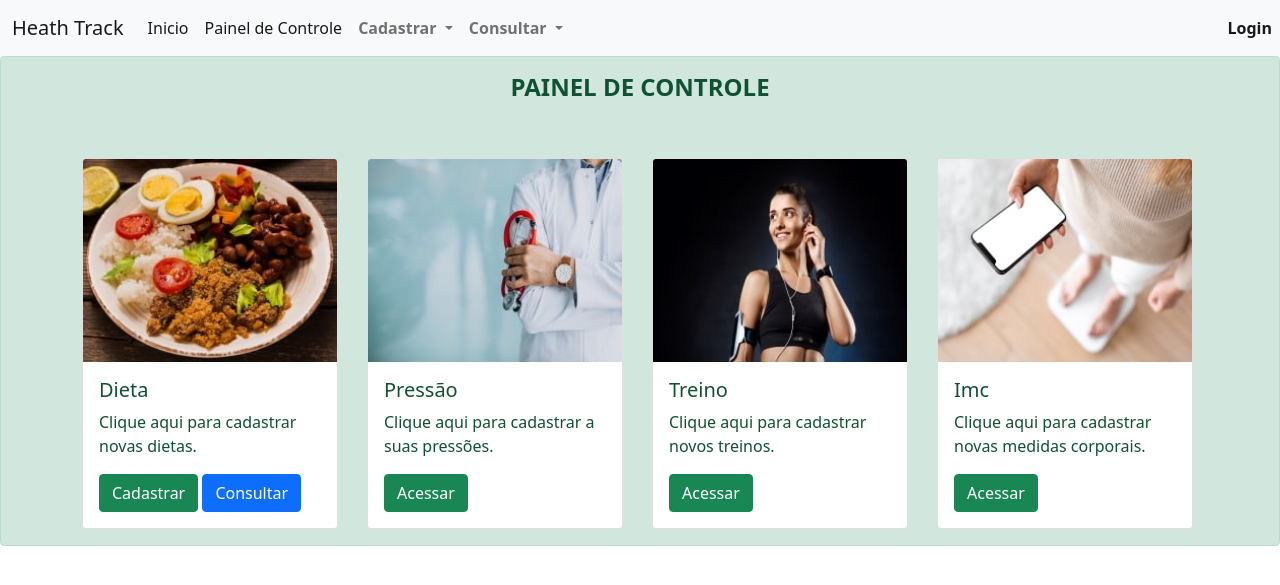
Repository: FellipySantos/HealthTrack_Finalizado
Page: http://localhost/JSPs/painel.jsp
An editor plug-in stored every save of this project. The page is shown before and after the next save, followed by the edit.
The browser window is 1280 px wide. The pictures show the whole page.
The page is served by Tomcat 9. Other server files are loaded and not shown.

Above is the page before, as saved 2021-11-16 03:54:16.

### JSP/JSPs/WebContent/painel.jsp
<%@ page language="java" contentType="text/html; charset=ISO-8859-1"
    pageEncoding="ISO-8859-1"%>
<!DOCTYPE html PUBLIC "-//W3C//DTD HTML 4.01 Transitional//EN" "http://www.w3.org/TR/html4/loose.dtd">
<html>
<head>
<meta http-equiv="Content-Type" content="text/html; charset=ISO-8859-1">
<title>Health Track</title>
<%@ include file="header.jsp" %>
</head>
<body>
<%@ include file="menu.jsp" %>
		      <div class="alert alert-success" role="alert">

 <div class="container"> <h4><b><center>PAINEL DE CONTROLE</center></b></h4> <br><br>
        <div class="row">
          <div class="col-3">

            <div class="card" style="width: 16rem;">
              <img src="resources/img/card_imagem_1.jpg" class="card-img-top" alt="...">
              <div class="card-body">
                <h5 class="card-title">Dieta</h5>
                <p class="card-text">Clique aqui para cadastrar novas dietas.</p>
                <a href="cadastro-dieta.jsp" class="btn btn-success">Cadastrar</a>
                <a href="dieta?acao=listar.jsp" class="btn btn-primary">Consultar</a>
              </div>
            </div>

          </div>

          <div class="col-3">

            <div class="card" style="width: 16rem;">
              <img src="resources/img/card_imagem_2.jpg" class="card-img-top" alt="...">
              <div class="card-body">
                <h5 class="card-title">Pressão</h5>
                <p class="card-text">Clique aqui para cadastrar a suas pressões.</p>
                <a href="cadastro-pressao.jsp" class="btn btn-success">Acessar</a>
              </div>
            </div>

          </div>

          <div class="col-3">

            <div class="card" style="width: 16rem;">
              <img src="resources/img/card_imagem_3.jpg" class="card-img-top" alt="...">
              <div class="card-body">
                <h5 class="card-title">Treino</h5>
                <p class="card-text">Clique aqui para cadastrar novos treinos.</p>
                <a href="cadastro-treino.jsp" class="btn btn-success">Acessar</a>
              </div>
            </div>

          </div>

          <div class="col-3">

            <div class="card" style="width: 16rem;">
              <img src="resources/img/card_imagem_4.jpg" class="card-img-top" alt="...">
              <div class="card-body">
                <h5 class="card-title">Imc</h5>
                <p class="card-text">Clique aqui para cadastrar novas medidas corporais.</p>
                <a href="cadastro-imc.jsp" class="btn btn-success">Acessar</a>
              </div>
            </div>

          </div>

      </div>




<%@ include file="footer.jsp" %>
</body>
</html>

### JSP/JSPs/WebContent/header.jsp
<%@ page language="java" contentType="text/html; charset=ISO-8859-1"
    pageEncoding="ISO-8859-1"%>
<!DOCTYPE html>
<html>
<head>
<meta charset="ISO-8859-1">

<link rel="stylesheet" type="text/css" href="resources/css/bootstrap.css">
<link rel="stylesheet" type="text/css" href="resources/css/bootstrap-grid.css">
<link rel="stylesheet" type="text/css" href="resources/css/bootstrap-reboot.css">

<script type="text/javascript" src="resources/js/jquery-3.6.0.min.js"></script>
<script type="text/javascript" src="resources/js/popper.min.js"></script>
<script type="text/javascript" src="resources/js/bootstrap.min.js"></script>
<script type="text/javascript" src="resources/js/bootstrap.min.js"></script>

<script src="https://stackpath.bootstrapcdn.com/bootstrap/4.3.1/js/bootstrap.min.js" integrity="sha384-JjSmVgyd0p3pXB1rRibZUAYoIIy6OrQ6VrjIEaFf/nJGzIxFDsf4x0xIM+B07jRM" crossorigin="anonymous"></script>


</head>






<body>



</body>



</html>

### JSP/JSPs/WebContent/menu.jsp

   <nav class="navbar navbar-expand-lg navbar-light bg-light">
        <div class="container-fluid">
          <a class="navbar-brand" href="index.jsp">Heath Track</a>
          <button class="navbar-toggler" type="button" data-bs-toggle="collapse" data-bs-target="#navbarSupportedContent" aria-controls="navbarSupportedContent" aria-expanded="false" aria-label="Toggle navigation">
            <span class="navbar-toggler-icon"></span>
          </button>
          <div class="collapse navbar-collapse" id="navbarSupportedContent">
            <ul class="navbar-nav me-auto mb-2 mb-lg-0">
              <li class="nav-item">
                <a class="nav-link active" aria-current="page" href="index.jsp">Inicio</a>
              </li>
              <li class="nav-item">
                <a class="nav-link active" aria-current="page" href="painel.jsp">Painel de Controle</a>
              </li>
              <li class="nav-item dropdown">
                <a class="nav-link dropdown-toggle" href="#" id="navbarDropdown" role="button" data-bs-toggle="dropdown" aria-expanded="false">
                  <b>Cadastrar</b>
                </a>
                <ul class="dropdown-menu" aria-labelledby="navbarDropdown">
                  <li><a class="dropdown-item" href="cadastro-dieta.jsp">Dieta</a></li>
                  <li><a class="dropdown-item" href="cadastro-pressao.jsp">Pressão</a></li>
                  <li><a class="dropdown-item" href="cadastro-treino.jsp">Treino</a></li>
                  <li><a class="dropdown-item" href="cadastro-imc.jsp">Imc</a></li>
                   <li><hr class="dropdown-divider"></li>
                  <li><a class="dropdown-item" href="cadastro-atleta.jsp">Atleta</a></li>
                  <li><a class="dropdown-item" href="cadastro-nutri.jsp">Nutricionista</a></li>
                  <li><a class="dropdown-item" href="cadastro-treinador.jsp">Treinador</a></li>
                </ul>
              </li>

                 <li class="nav-item dropdown">
                <a class="nav-link dropdown-toggle" href="#" id="navbarDropdown" role="button" data-bs-toggle="dropdown" aria-expanded="false">
                  <b>Consultar</b>
                </a>
                <ul class="dropdown-menu" aria-labelledby="navbarDropdown">
                  <li><a class="dropdown-item" href="dieta?acao=listar">Dieta</a></li>
                  <li><a class="dropdown-item" href="pressao?acao=listar">Pressão</a></li>
                  <li><a class="dropdown-item" href="treino?acao=listar">Treino</a></li>
                  <li><a class="dropdown-item" href="imc?acao=listar">Imc</a></li>
                  <li><hr class="dropdown-divider"></li>
                  <li><a class="dropdown-item" href="atleta?acao=listar">Atleta</a></li>
                  <li><a class="dropdown-item" href="nutri?acao=listar">Nutricionista</a></li>
                  <li><a class="dropdown-item" href="treinador?acao=listar">Treinador</a></li>
                </ul>
              </li>


            </ul>

          </div>

        </div>
        <div class="collapse navbar-collapse" id="navbarSupportedContent">
          <ul class="navbar-nav me-auto mb-2 mb-lg-0">
            <li class="nav-item">
              <b><a class="nav-link active" aria-current="page" href="#">Login</a></b>
            </li>
            </ul>
            </div>



      </nav>

### JSP/JSPs/WebContent/footer.jsp
<%@ page language="java" contentType="text/html; charset=ISO-8859-1"
    pageEncoding="ISO-8859-1"%>
<!DOCTYPE html>
<html>
<head>
<meta charset="ISO-8859-1">

<script type="text/javascript" src="resources/js/jquery-3.6.0.min.js"></script>
<script type="text/javascript" src="resources/js/bootstrap.min.js"></script>

</head>





<body>


</body>
</html>

Loaded but not shown: JSP/JSPs/WebContent/resources/css/bootstrap.css (library); JSP/JSPs/WebContent/resources/css/bootstrap-grid.css (library); JSP/JSPs/WebContent/resources/css/bootstrap-reboot.css (library); JSP/JSPs/WebContent/resources/js/jquery-3.6.0.min.js (library); JSP/JSPs/WebContent/resources/js/popper.min.js (library); JSP/JSPs/WebContent/resources/js/bootstrap.min.js (library)

After the next save:
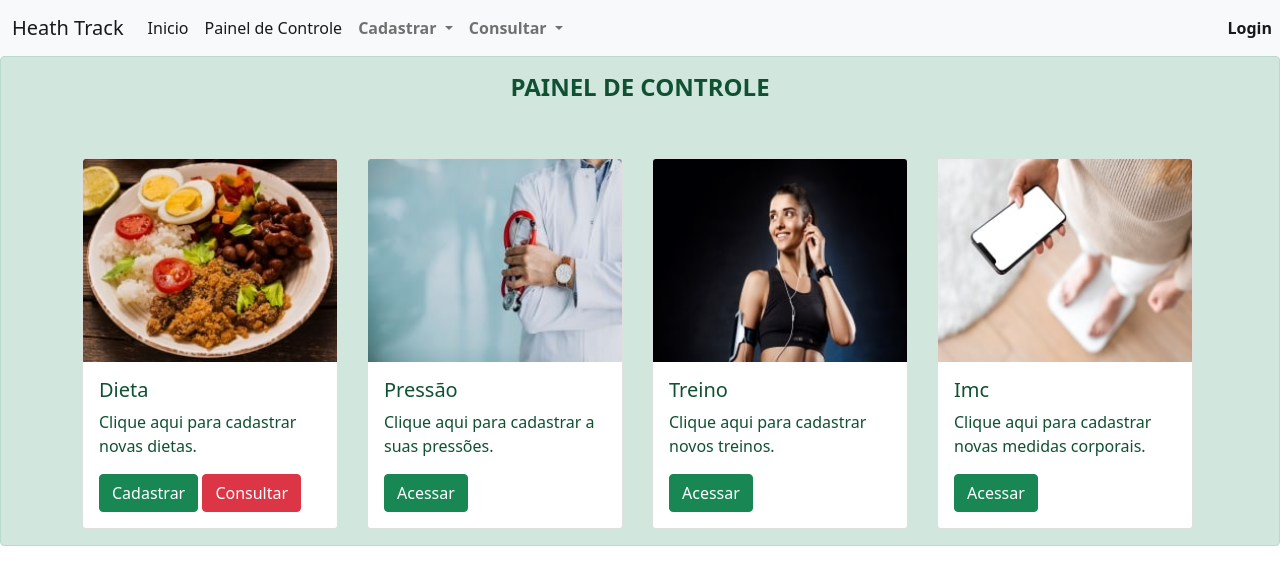
Saved 22 s later.
--- a/JSP/JSPs/WebContent/painel.jsp
+++ b/JSP/JSPs/WebContent/painel.jsp
@@ -21,7 +21,7 @@
                 <h5 class="card-title">Dieta</h5>
                 <p class="card-text">Clique aqui para cadastrar novas dietas.</p>
                 <a href="cadastro-dieta.jsp" class="btn btn-success">Cadastrar</a>
-                <a href="dieta?acao=listar.jsp" class="btn btn-primary">Consultar</a>
+                <a href="dieta?acao=listar.jsp" class="btn btn-danger">Consultar</a>
               </div>
             </div>
 
